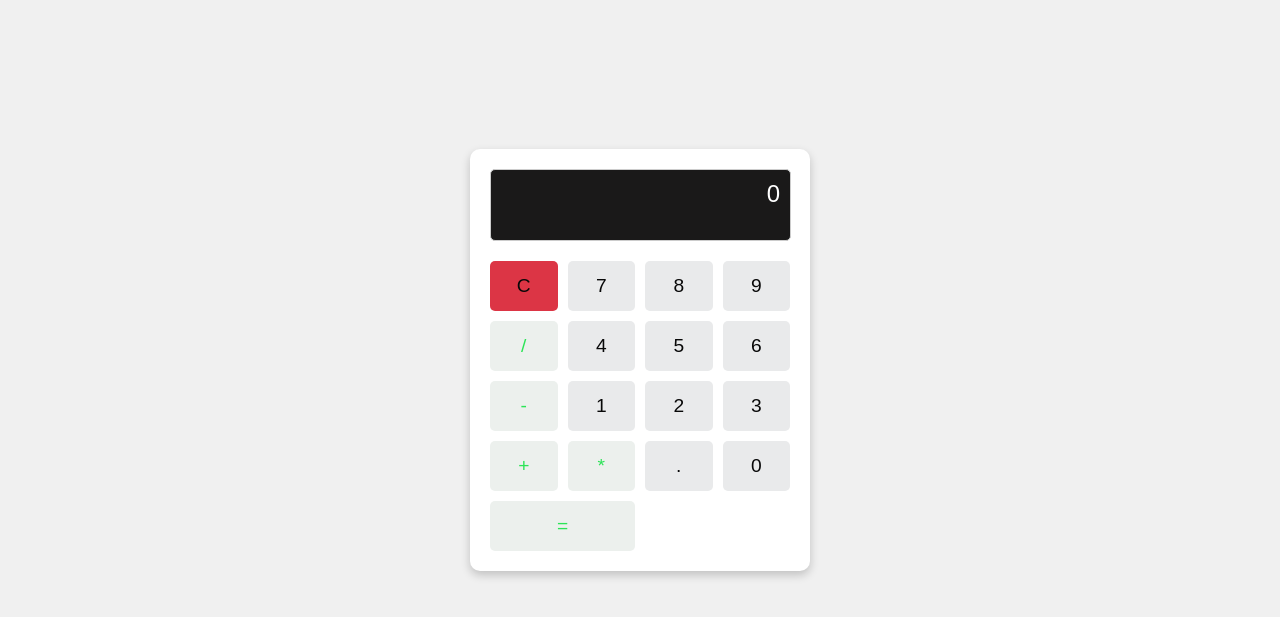
Repository: alizey12/calculator
Page: index.html
The author's editor kept a copy of each file at every save. The page is drawn from the files as they stood at one save, then again after a run of saves.
The browser window is 1280 px wide. The pictures show the whole page.

Above is the page before, as saved 2024-11-23 20:36:48.

After the next 3 saves:
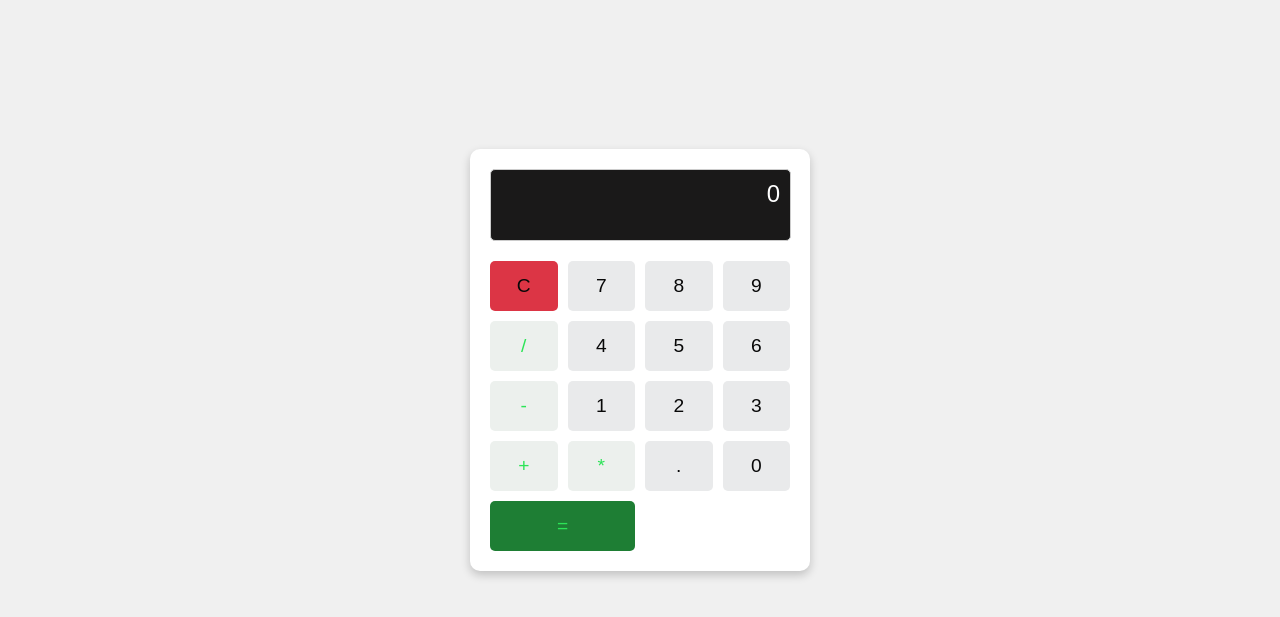
The 3 saves are shown as one change because they came seconds apart.
The last was saved 27 s later.
--- a/styles.css
+++ b/styles.css
@@ -62,9 +62,11 @@ body{
 
 .btn#clear {
     background: #dc3545;
+
 }
 .btn#equals {
     grid-column: span 2;
+    background: #1e7e34;
 }
 .btn#clear:hover {
     background: #a71d2a;
